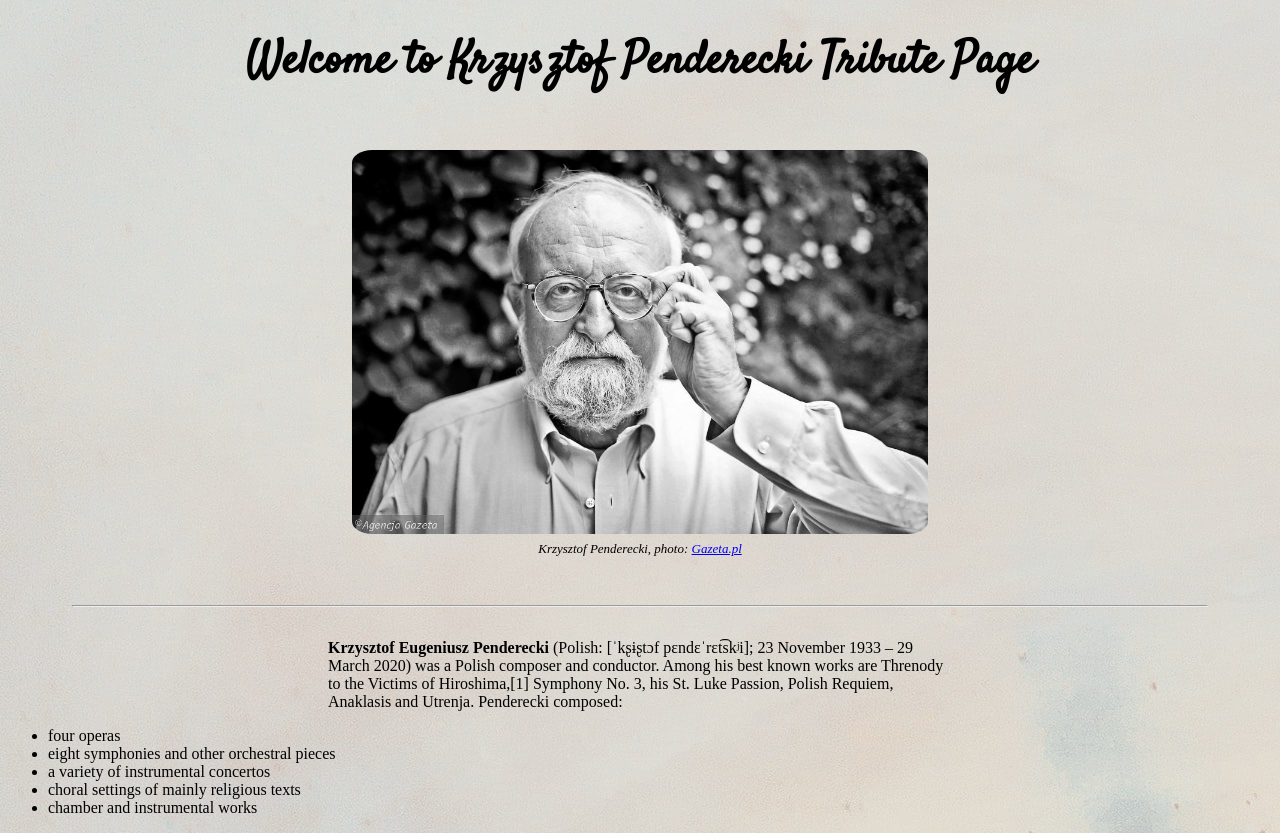
Repository: justynke/tribute_page
Page: index.html
The author's editor kept a copy of each file at every save. The page is drawn from the files as they stood at one save, then again after the next save.
The browser window is 1280 px wide. The pictures show the whole page.

Above is the page before, as saved 2020-04-23 00:08:58.

### index.html
<!DOCTYPE html>
<html lang = "pl-PL">
<head>
    <link href="https://fonts.googleapis.com/css2?family=Satisfy&display=swap" rel="stylesheet">
    <link rel="stylesheet" type="text/css" href="styles.css">
    <title>Krzysztof Penderecki Tribute Page</title>
</head>
<body>
    <h1 id = "title">Welcome to Krzysztof Penderecki Tribute Page</h1>
    <div id = "img-div">
        <figure>
            <img id = "image" src = "images/penderecki_01.jpg" alt = "Krzysztof Penderecki">
            <figcaption>Krzysztof Penderecki, photo: <a href = "http://gazeta.pl">Gazeta.pl</a></figcaption>
        </figure>
    </div>

    <hr>

    <p>
        <b>Krzysztof Eugeniusz Penderecki</b> (Polish: [ˈkʂɨʂtɔf pɛndɛˈrɛt͡skʲi]; 23 November 1933 – 29 March 2020) was a Polish composer and conductor. Among his best known works are Threnody to the Victims of Hiroshima,[1] Symphony No. 3, his St. Luke Passion, Polish Requiem, Anaklasis and Utrenja. Penderecki composed:
        <ul>
            <li>four operas</li>
            <li>eight symphonies and other orchestral pieces</li>
            <li>a variety of instrumental concertos</li>
            <li>choral settings of mainly religious texts</li>
            <li>chamber and instrumental works</li>
        </ul>
    </p>








</body>
</html>

### styles.css
body {
    background-image: url(images/background.jpg);
}

h1 {
    text-align: center;
    font-family: Satisfy;
    font-size: 45px;
    margin-bottom: 0.8em;
}

#img-div {
    display: flex;
    justify-content: space-around;
}

#image {
    height: 30vw;
    width: auto;
    filter: gray; /* IE6-9 */
    -webkit-filter: grayscale(1); /* Google Chrome, Safari 6+ & Opera 15+ */
    filter: grayscale(1);
    border-style: solid;
    border-color: transparent;
    border-radius: 4%;
}


#image:hover {
    filter: grayscale(0);
}

figcaption {
    text-align: center;
    font-style: italic;
    font-size: small;
}


hr {
    margin-top: 2em;
    margin-bottom: 2em;
    margin-left: 4em;
    margin-right: 4em;
}

p {
    padding-left: 20em;
    padding-right: 20em;
}

After the next save:
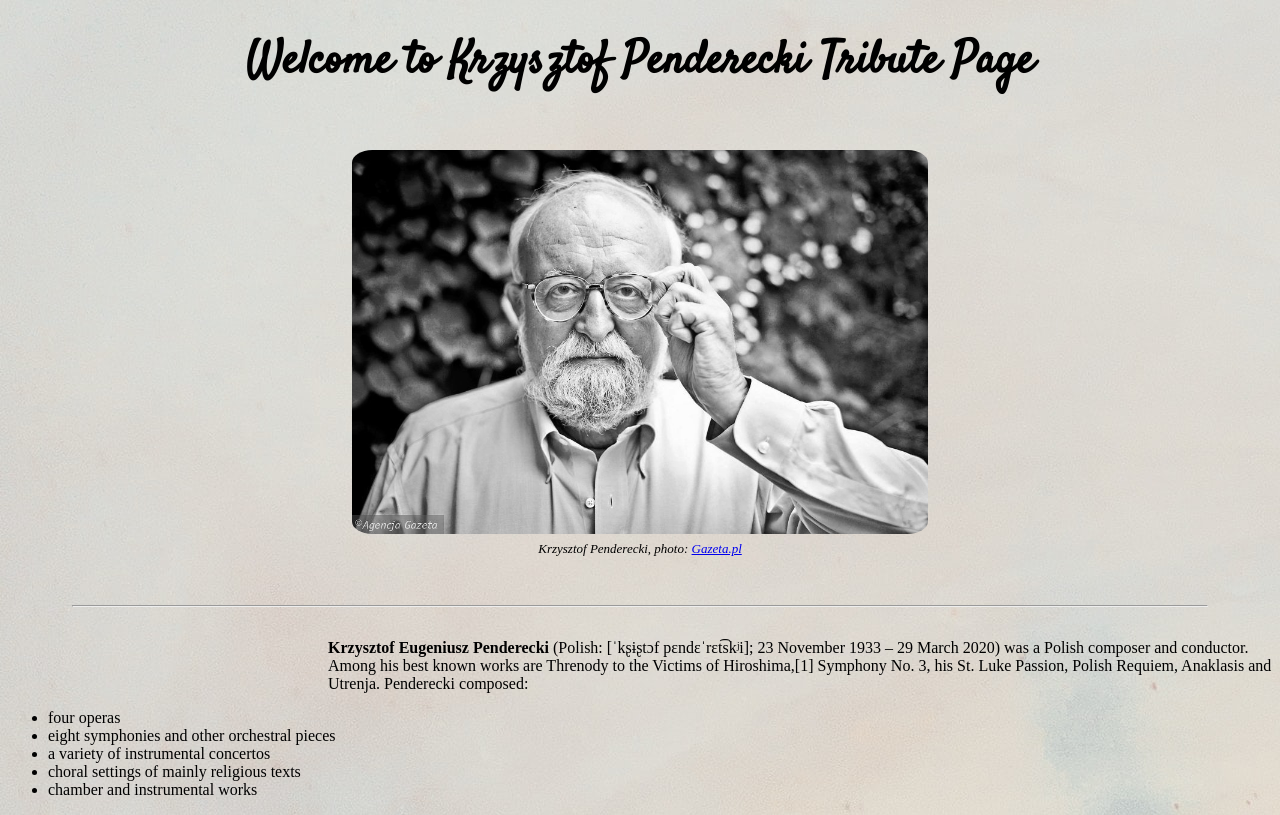
Saved 15 s later.
--- a/styles.css
+++ b/styles.css
@@ -46,5 +46,4 @@
 
 p {
     padding-left: 20em;
-    padding-right: 20em;
 }
